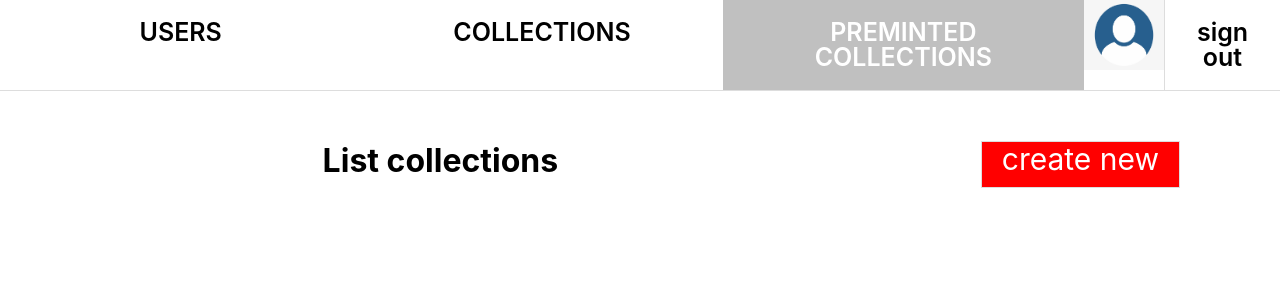
Repository: superHotBob/admin_nftillion
Page: /preminted
An editor plug-in stored every save of this project. The page is shown before and after the next save, followed by the edit.
The browser window is 1280 px wide. The pictures show the whole page.
The pointer rests on the first visible `a`.
The project was rebuilt for these pictures with package versions that can differ from the ones it lists, and the page was loaded fresh each time. Also part of the build but not shown: src/components/Login/styles.scss, src/components/Login/index.js, src/components/Users/index.js, src/components/Collections/styles.scss, src/components/Collections/index.js, src/components/CreateCollection/styles.scss, src/components/CreateCollection/index.js.

Above is the page before, as saved 2022-04-27 12:40:22.

### src/index.js
import React from "react";
import ReactDOM from "react-dom/client";
import "./index.css";
import { BrowserRouter } from "react-router-dom";
import "./index.css";
import App from "./App";

import reportWebVitals from "./reportWebVitals";

const root = ReactDOM.createRoot(document.getElementById("root"));
root.render(
  <React.StrictMode>
    <BrowserRouter>
      <App />
    </BrowserRouter>
  </React.StrictMode>
);

// If you want to start measuring performance in your app, pass a function
// to log results (for example: reportWebVitals(console.log))
// or send to an analytics endpoint. Learn more: https://bit.ly/CRA-vitals
reportWebVitals();

### src/App.js
import * as React from "react";
import { Routes, Route } from "react-router-dom";
import { LogIn } from "./components/Login";
import { Users } from "./components/Users";
import './App.css';
import { Collections } from "./components/Collections";
import { Preminted } from "./components/Preminted";
import { Create } from "./components/CreateCollection";

function App() {
  return (
    <div className="App">
    <Routes>
        <Route path="/" element={<LogIn />} />
        <Route path="users" element={<Users />} />
        <Route path="collections" element={<Collections />} />
        <Route path="preminted" element={<Preminted />} />
        <Route path="createcollection" element={<Create />} />
      </Routes>
    </div>
  );
}

export default App;

### src/components/Preminted/index.js
import * as React from "react";
import "./styles.scss";
import {Link } from "react-router-dom";
import { NavPanel } from "../NavPanel";


export  const Preminted =()=> {
    return(
        <>
        <NavPanel />
        <div className="main_preminted">
        <h1><span>List collections</span> <Link to="/createcollection"><b>create new</b></Link></h1>
        </div>
        </>

    )
}

### src/components/Users/styles.scss
.header {
  color: #000;
  padding: 20px 50px;
  margin: 0;
  border-bottom: 1px solid black;
  text-align: center;
  b {
    float: right;
    font-size: 16px;
    margin-top: 15px;
  }
}
header,
.data {
  display: flex;
  justify-content: space-around;
  font-size: 20px;
  span,
  label {
    width: 15%;
    display: inline-block;
  }
}
header {
  border-bottom: 1px solid black;
  font-size: 25px;
  font-weight: 600;
  padding: 20px 0;
}
.block_view {
  position: fixed;
  top: 20vh;
  padding: 20px;
  right: 40vw;
  width: 20vw;
  height: auto;
  transition: all 0.5s;
  background-color: #fff;
  box-shadow: 0 0px 8px 0px rgba(34, 60, 80, 0.2);
}
.block_hide {
  position: fixed;
  top: 20vh;
  transition: all 0.5s;
  right: 40vw;
  opacity: 0;
  overflow: hidden;
  width: 20vw;
  height: auto;
  background-color: #fff;
  box-shadow: 0 0px 8px 0px rgba(34, 60, 80, 0.2);
}
button {
  height: 45px;
  width: 65%;
  font-size: 20px;
  border-radius: 30px;
  cursor: pointer;
  font-weight: 600;
  color: #fff;
  border: none;
  outline: none;
}
button:first-of-type {
  background-color: red;
  width: 30%;
}
button:last-of-type {
  background-color: #007bff;
}
button:hover {
  opacity: 0.7;
  border-color: rgba(200, 255, 255, 1);
}
.block_button {
  display: flex;
  margin-top: 30px;
  justify-content: space-around;
}
.data_edit {
  span {
    display: block;
    font-size: 20px;
    margin: 20px;
  }
}
.header_edit {
  padding-bottom: 30px;
  font-size: 25px;
  border-bottom: 1px solid #000;
}

input[type="checkbox"] {
  width: 25px;
  height: 25px;
  margin: 0 20px;
}
textarea {
  width: 90%;
  padding: 10px 20px;
  outline: none;
  font-size: 20px;
  display: block;
}

b {
  font-size: 30px;
  margin: 0 10px 30px;
  display: block;
}

### src/components/NavPanel/index.js
import "./styles.scss";
import { NavLink } from "react-router-dom";
export const NavPanel = () => {
  return (
    <div className="mainNavBlock">
      <NavLink
        style={({ isActive }) => {
          return {
            display: "block",
            padding: 20,
            textDecoration: "none",
            width: "30%",
            backgroundColor: isActive ? "#c0c0c0" : "whitw",
            color: !isActive ? "black" : "white",
          };
        }}
        to="/users"
      >
        USERS
      </NavLink>
      <NavLink
        style={({ isActive }) => {
          return {
            display: "block",
            width: "30%",
            textDecoration: "none",
            padding: 20,
            backgroundColor: isActive ? "#c0c0c0" : "white",
            color: !isActive ? "black" : "white",
          };
        }}
        to="/collections"
      >
        COLLECTIONS
      </NavLink>
      <NavLink
        style={({ isActive }) => {
          return {
            display: "block",
            width: "30%",
            textDecoration: "none",
            padding: 20,
            backgroundColor: isActive ? "#c0c0c0" : "white",
            color: !isActive ? "black" : "white",
          };
        }}
        to="/preminted"
      >
        PREMINTED COLLECTIONS
      </NavLink>
      <img src='/profile.png' width={80} height={70} alt="profile" />
      <NavLink
        to="/"
        style={{
          display: "block",
          width: "7%",
          textDecoration: "none",
          padding: 20,
          color: '#000',
          borderLeft: '1px solid #ddd'
        }}
      >
        sign out
      </NavLink>
    </div>
  );
};

### src/components/Preminted/styles.scss
.main_preminted {
    b {
        float: right;
        padding: 0 20px 10px;
        line-height: 35px;
        border: 1px solid #ddd;
        margin: 0 100px;
        font-weight: 400;
        color: #fff;
        background-color: red;
    }
}

### src/components/NavPanel/styles.scss
.mainNavBlock {
    display: flex;
    justify-content: space-around;
    font-size: 25px;
    line-height: 25px;
    font-weight: 600;
    text-decoration: none;
    margin-bottom: 50px;
    border-bottom: 1px solid #ddd;
}

Loaded but not shown: public/index.html (common file); src/index.css (common file); src/reportWebVitals.js (common file); src/App.css (common file); public/manifest.json (common file)

After the next save:
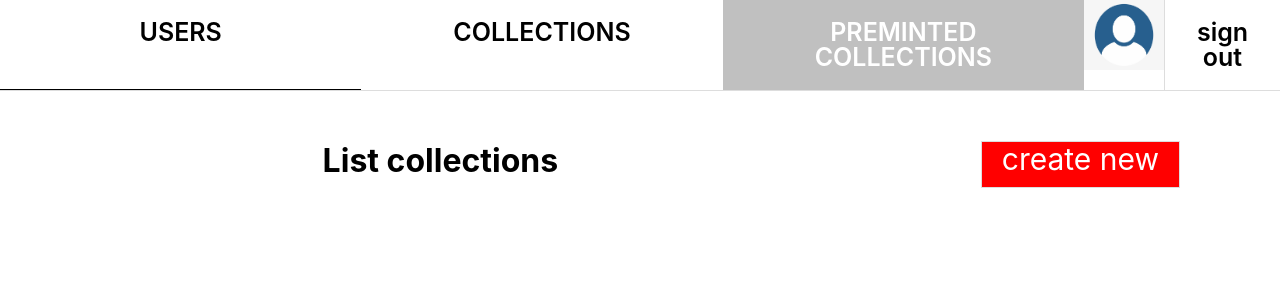
Saved 11 min 32 s later.
--- a/src/components/NavPanel/styles.scss
+++ b/src/components/NavPanel/styles.scss
@@ -7,4 +7,7 @@
     text-decoration: none;
     margin-bottom: 50px;
     border-bottom: 1px solid #ddd;
+    a:hover {
+        border-bottom: 1px solid #000;
+    }
 }
